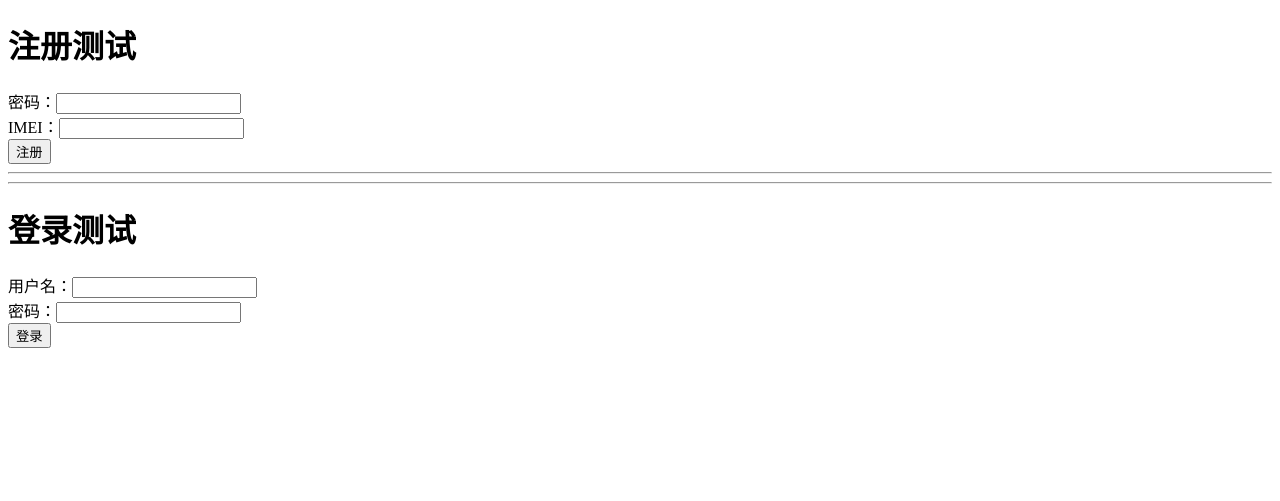
Repository: FlyToper/ActCode
Page: Application/ActivationCode/Home/View/User/show.html
An editor plug-in stored every save of this project. The page is shown before and after the next save, followed by the edit.
The browser window is 1280 px wide. The pictures show the whole page.

Above is the page before, as saved 2016-07-27 06:07:10.

After the next save:
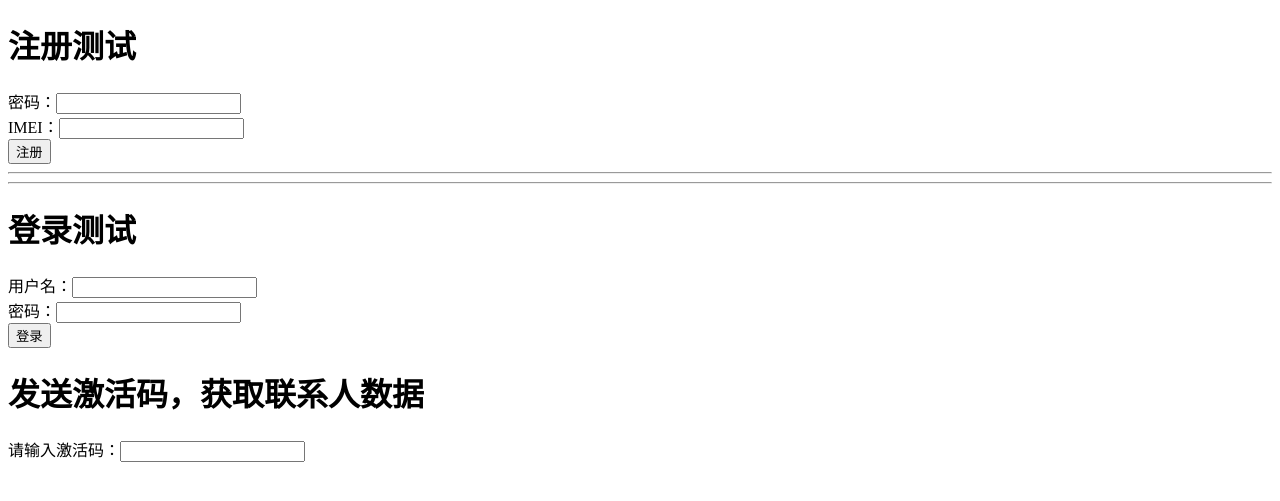
Saved 7 min 16 s later.
--- a/Application/ActivationCode/Home/View/User/show.html
+++ b/Application/ActivationCode/Home/View/User/show.html
@@ -20,5 +20,10 @@
 		密码：<input type="text" name="Password"><br>
 		<input type="submit" value="登录">
 	</form>
+
+	<h1>发送激活码，获取联系人数据</h1>
+	<form action="/User/getContact" method="post">
+		请输入激活码：<input type="text" name="JHCode">
+	</form>
 </body>
 </html>
